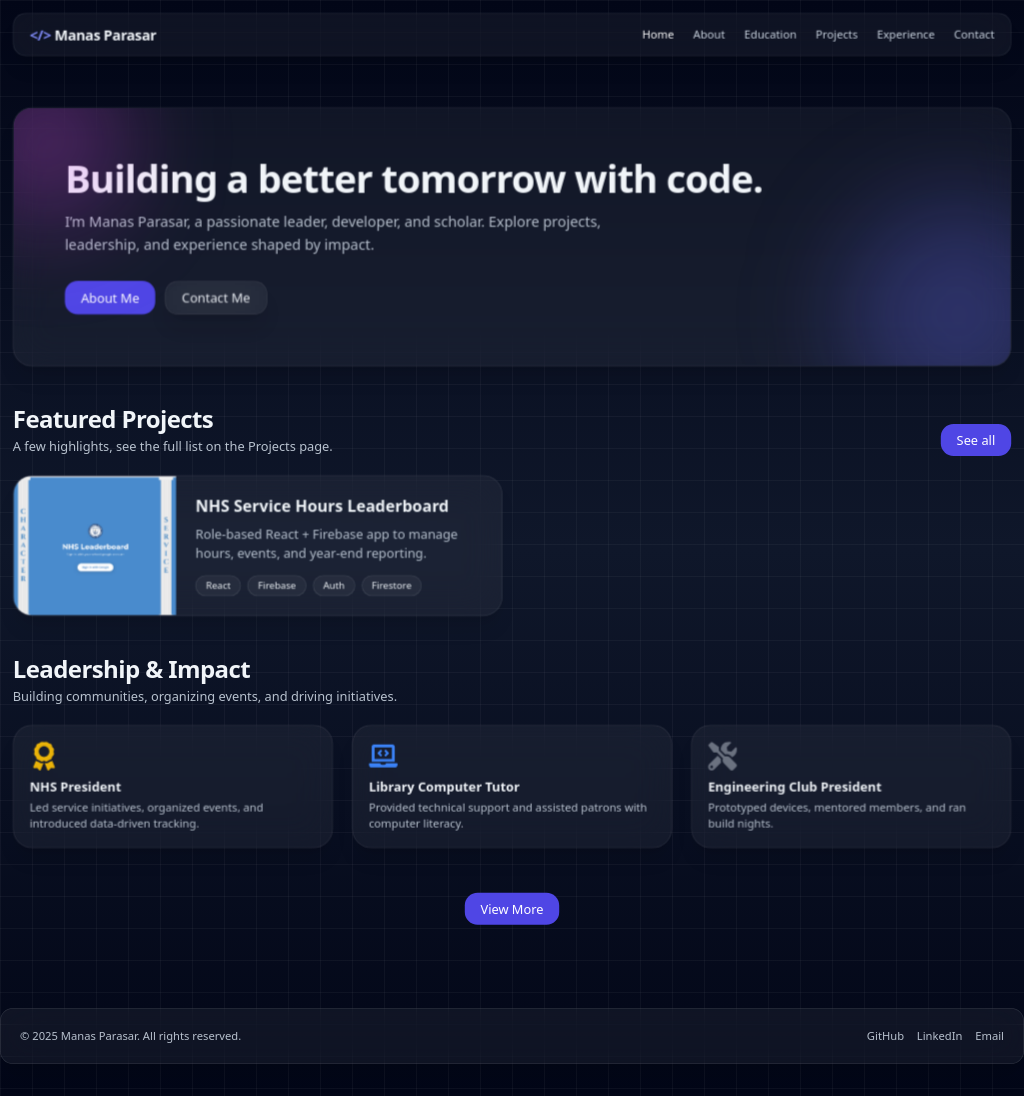
Repository: Manas-Parasar/portfolio-manas-parasar
Page: /
An editor plug-in stored every save of this project. The page is shown before and after the next save, followed by the edit.
The browser window is 1280 px wide. The pictures show the whole page, at 80% of full size.
The project was rebuilt for these pictures with package versions that can differ from the ones it lists, and the page was loaded fresh each time. Also part of the build but not shown: vite.config.js, src/pages/About.jsx, src/pages/Projects.jsx, src/components/TimelineItem.jsx, src/pages/Experience.jsx, src/pages/Contact.jsx. Imported but missing from the stored project, and not drawn on this page: src/assets/Manas Parasar Resume.pdf.

Above is the page before, as saved 2025-10-12 22:47:41.

After the next save:
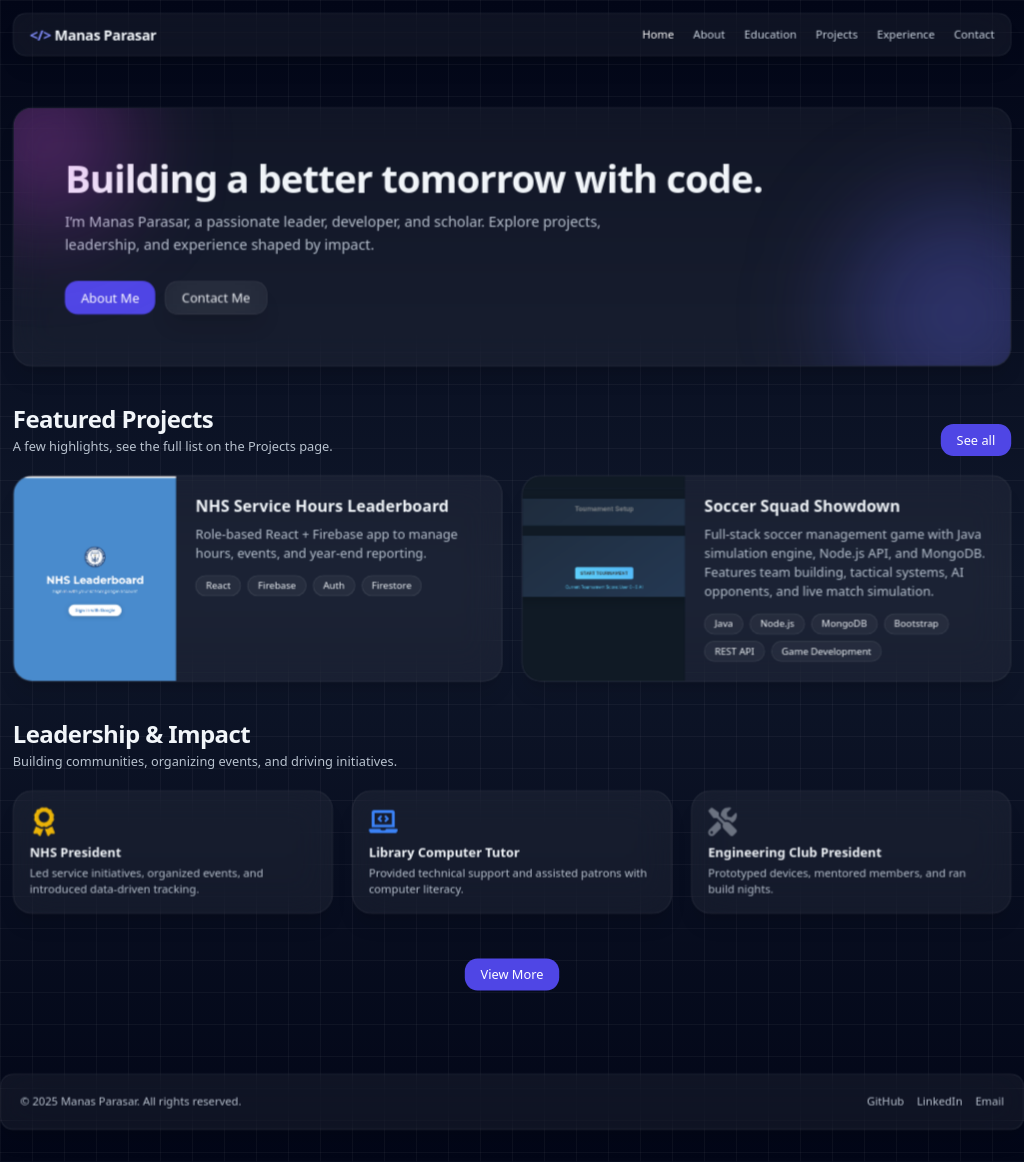
Saved 11 s later.
--- a/src/pages/Home.jsx
+++ b/src/pages/Home.jsx
@@ -26,6 +26,20 @@ export default function Home() {
             tags={["React", "Firebase", "Auth", "Firestore"]}
             link="https://github.com/Manas-Parasar/NHS-Service-Hours-Leaderboard"
             img={nhsLeaderboardScreenshot}
+          />
+          <ProjectCard
+            title="Soccer Squad Showdown"
+            desc="Full-stack soccer management game with Java simulation engine, Node.js API, and MongoDB. Features team building, tactical systems, AI opponents, and live match simulation."
+            tags={[
+              "Java",
+              "Node.js",
+              "MongoDB",
+              "Bootstrap",
+              "REST API",
+              "Game Development",
+            ]}
+            link="https://github.com/Manas-Parasar/Soccer-Squad-Showdown"
+            img={soccerSquadShowdownScreenshot}
           />
         </div>
       </Section>
